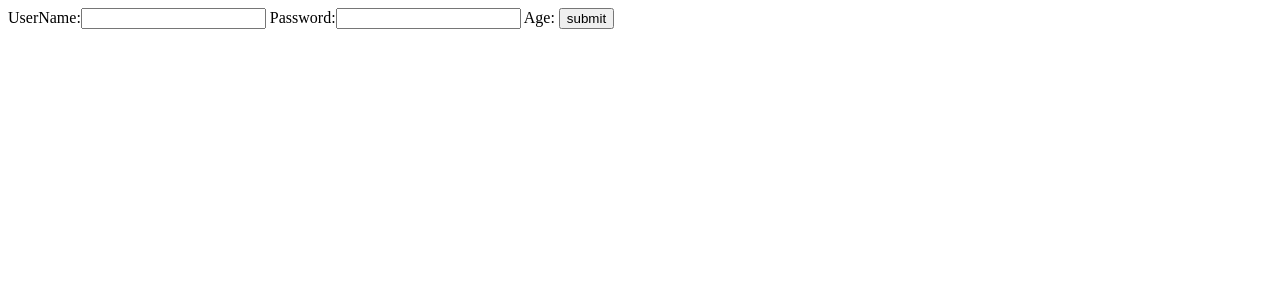
Repository: saiswaroop1547/ctstraining
Page: http://localhost/useBean/middle.jsp
The author's editor kept a copy of each file at every save. The page is drawn from the files as they stood at one save, then again after the next save.
The browser window is 1280 px wide. The pictures show the whole page.
The page is served by Tomcat 9. Other server files are loaded and not shown.

Above is the page before, as saved 2020-02-12 04:18:40.

### useBean/WebContent/middle.jsp
<%@ page language="java" contentType="text/html; charset=ISO-8859-1"
    pageEncoding="ISO-8859-1"%>
<!DOCTYPE html PUBLIC "-//W3C//DTD HTML 4.01 Transitional//EN" "http://www.w3.org/TR/html4/loose.dtd">
<html>
<head>
<meta http-equiv="Content-Type" content="text/html; charset=ISO-8859-1">
<title>Insert title here</title>
</head>
<body>
<form action="">
UserName:<input type="text" name="username"/>
Password:<input type="password" name="password"/>
Age:<age type="int" name="age"/>
<input type="submit" value="submit">
</form>
</body>
</html>

After the next save:
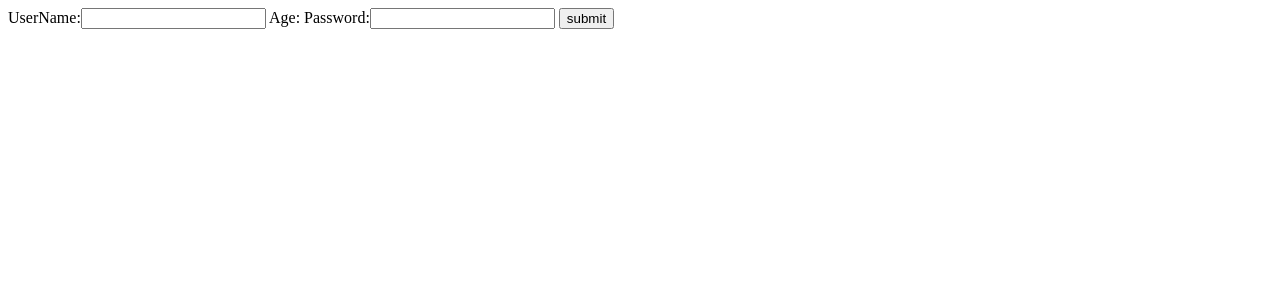
Saved 4 min 32 s later.
--- a/useBean/WebContent/middle.jsp
+++ b/useBean/WebContent/middle.jsp
@@ -9,8 +9,8 @@
 <body>
 <form action="">
 UserName:<input type="text" name="username"/>
+Age:<age type="int" name="age"/>
 Password:<input type="password" name="password"/>
-Age:<age type="int" name="age"/>
 <input type="submit" value="submit">
 </form>
 </body>
